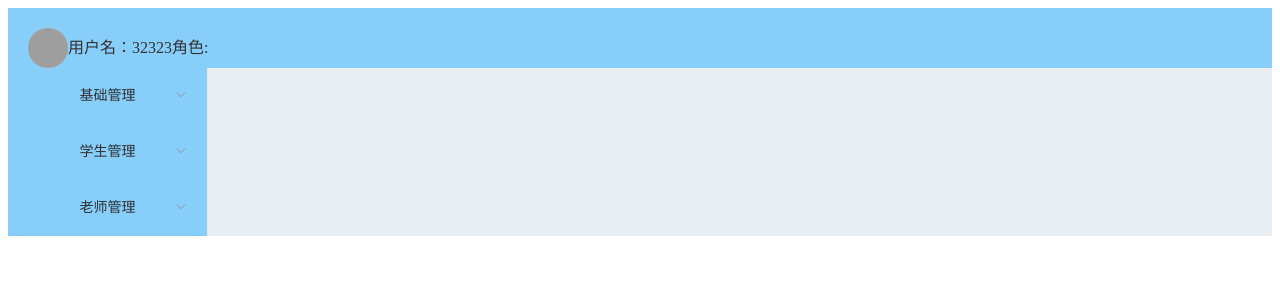
Repository: lwm9704/school-front
Page: /#/home
The author's editor kept a copy of each file at every save. The page is drawn from the files as they stood at one save, then again after the next save.
The browser window is 1280 px wide. The pictures show the whole page.
Pictures or frames that could not be fetched are drawn as grey boxes. The project was rebuilt for these pictures with package versions that can differ from the ones it lists, and the page was loaded fresh each time. Also part of the build but not shown: src/view/login.vue.

Above is the page before, as saved 2021-11-15 15:59:54.

After the next save:
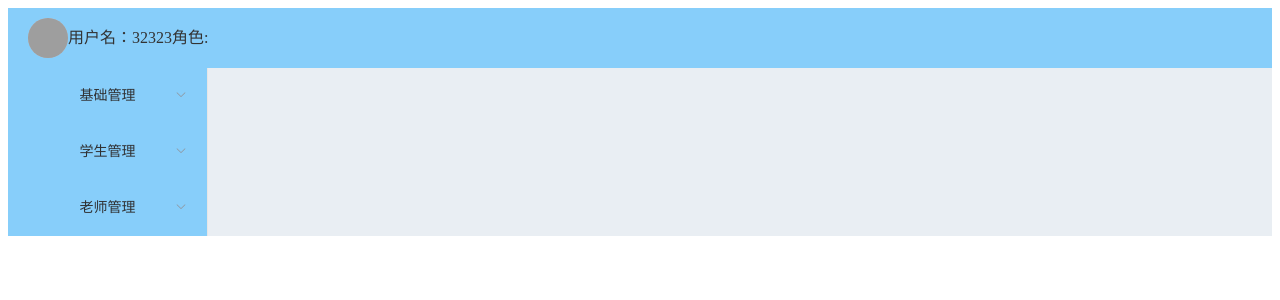
Saved 73 s later.
--- a/src/components/myHeader.vue
+++ b/src/components/myHeader.vue
@@ -37,7 +37,6 @@ export default {
 <style lang="scss" scoped>
 .myHeader{
   background-color:#87CEFA;
-  padding-top: 10px;
 }
 .userInfo {
     display: flex;
